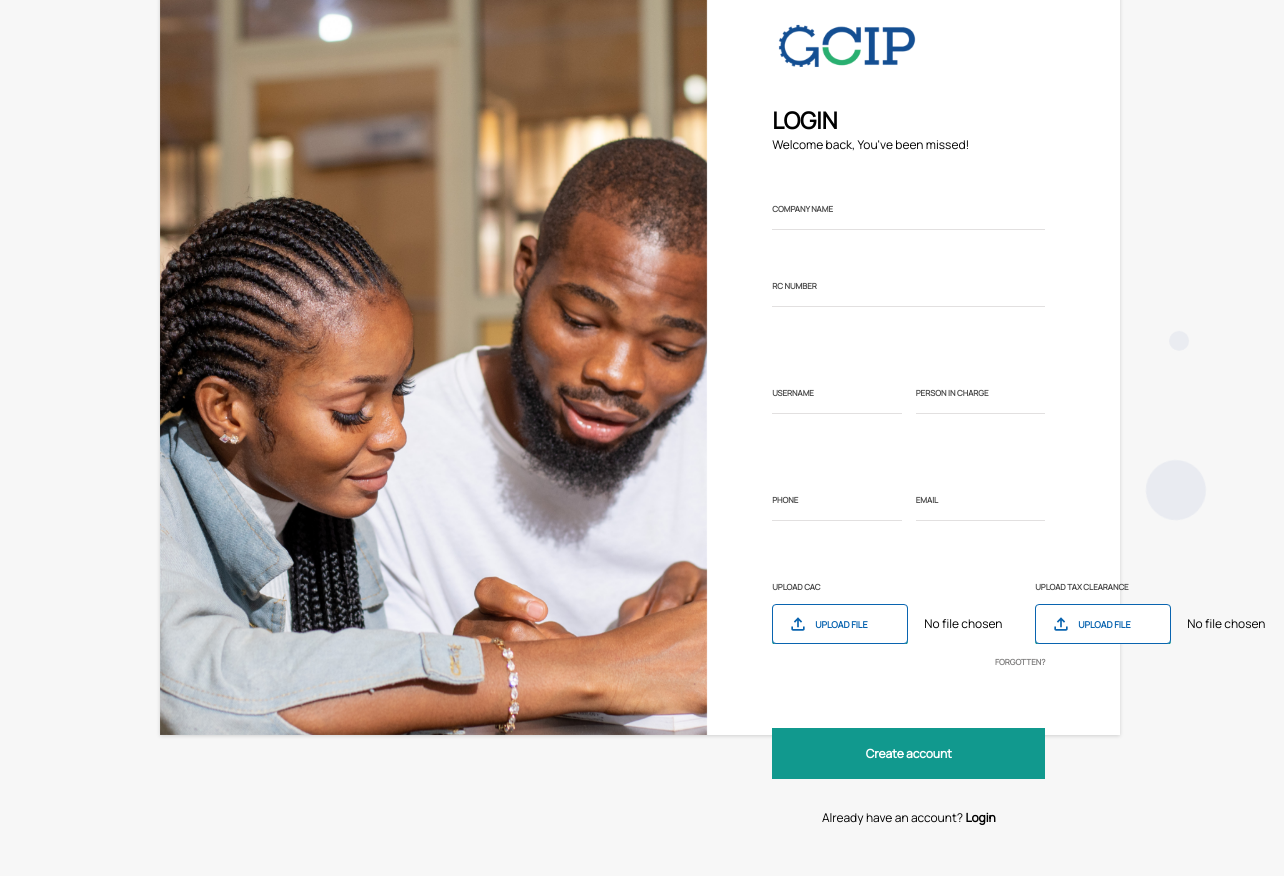
Repository: mualiyu/GCIP-Applicant-Portal
Page: /signup
These files come from the project's save history. The page is drawn as it stood at one moment and after the next save; the edit follows.
The browser window is 1280 px wide. The page is 1284 px wide, then 1280 px, so the pictures cover 1284 px, including what lies to the right of the window. The pictures show the whole page.
The project was rebuilt for these pictures with package versions that can differ from the ones it lists, and the page was loaded fresh each time. Also part of the build but not shown: vite.config.ts, src/pages/styles/login.css, src/components/Common.tsx, src/components/styles/input.css, src/components/Input.tsx, src/components/styles/button.css, src/assets/Colors/Colors.ts, src/components/Button.tsx and 83 more.

Above is the page before, as saved 2024-03-13 05:36:48.

After the next save:
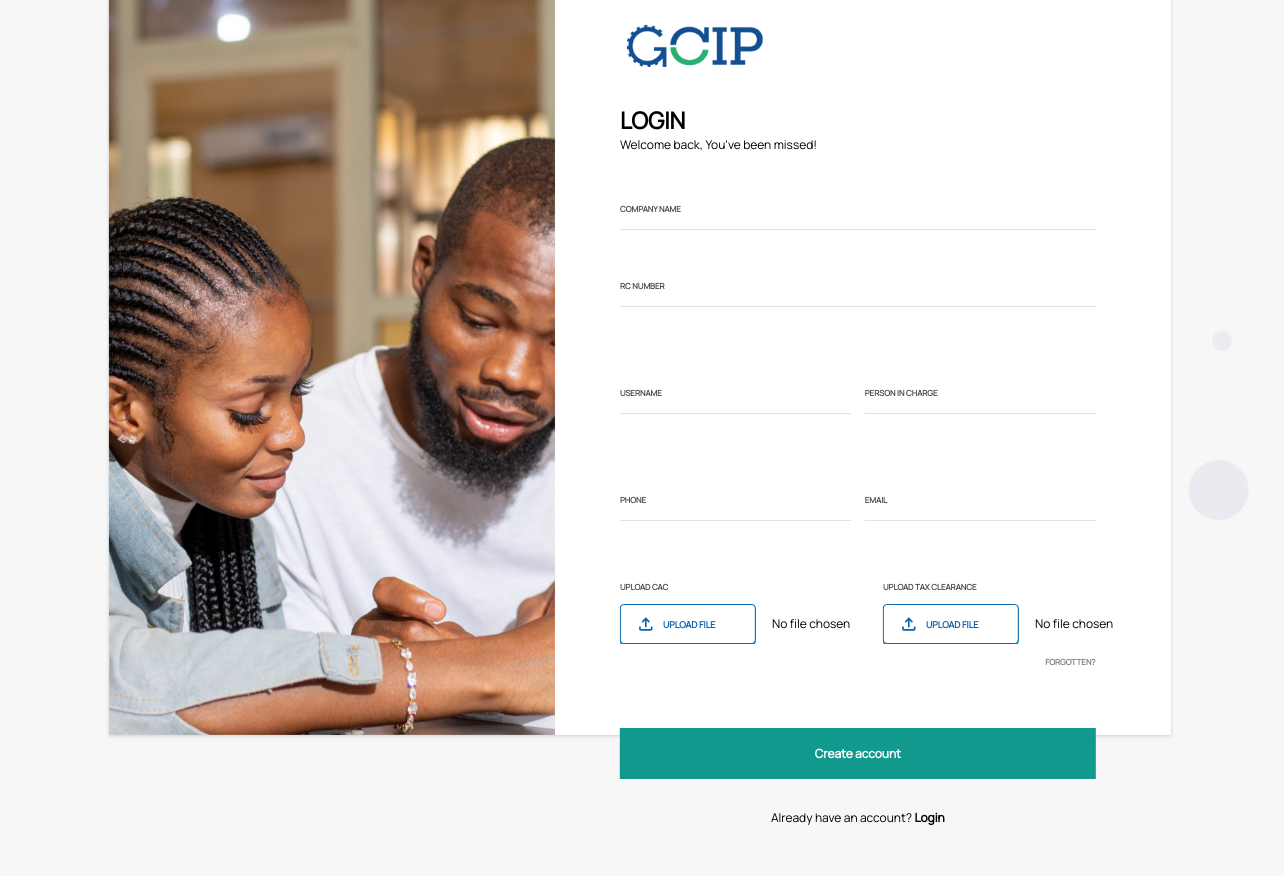
Saved 12 s later.
--- a/src/pages/SignUp.tsx
+++ b/src/pages/SignUp.tsx
@@ -110,9 +110,9 @@ function Login() {
 
         {error && <Alert text="Upload CAC & Tax Clearance Certificates" />}
         <Alert text={callTetx} />
-        <div className="col-9 flex flex-center shadow_light auth_register mt-xl light bubble3">
-          <div className="col-8 login-banner"></div>
-          <div className="col-5 pl-xl pr-xl bubble2">
+        <div className="col-10 flex flex-center shadow_light auth_register mt-xl light bubble3">
+          <div className="col-5 login-banner"></div>
+          <div className="col-8 pl-xl pr-xl bubble2">
             <div className="form-container">
               <img
                 src="../../src/assets/images/gcip_logo.png"
